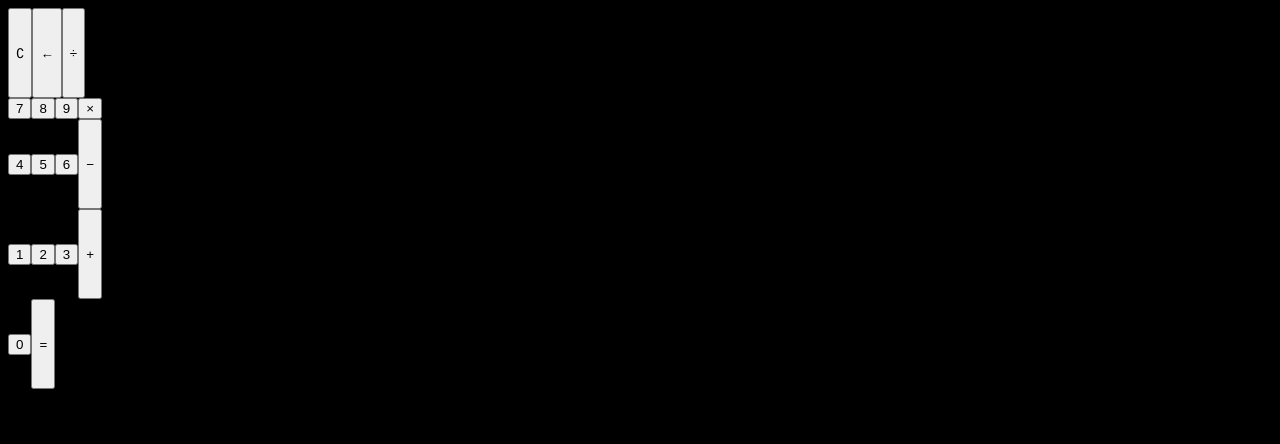
Repository: jontslater/LAB-calculator2
Page: index.html
The author's editor kept a copy of each file at every save. The page is drawn from the files as they stood at one save, then again after the next save.
The browser window is 1280 px wide. The pictures show the whole page.

Above is the page before, as saved 2023-10-12 15:34:42.

After the next save:
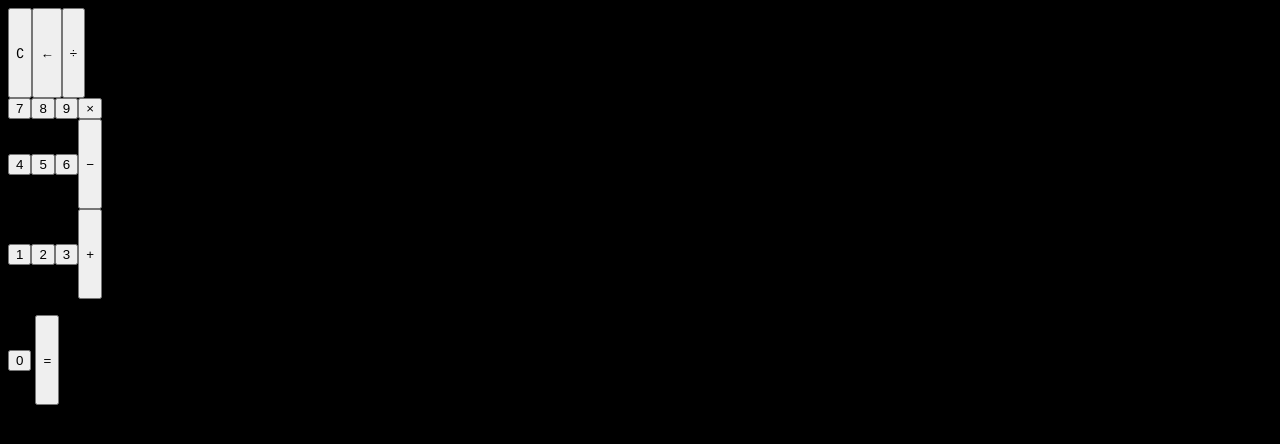
Saved 35 s later.
--- a/index.html
+++ b/index.html
@@ -39,10 +39,10 @@
   </table>
 
 
-  <table>
+  <p>
     <button class="bottonss">0</button>
     <button class="orange">&#61;</button>
-  </table>
+  </p>
 
   </div>
 

After the save that followed:
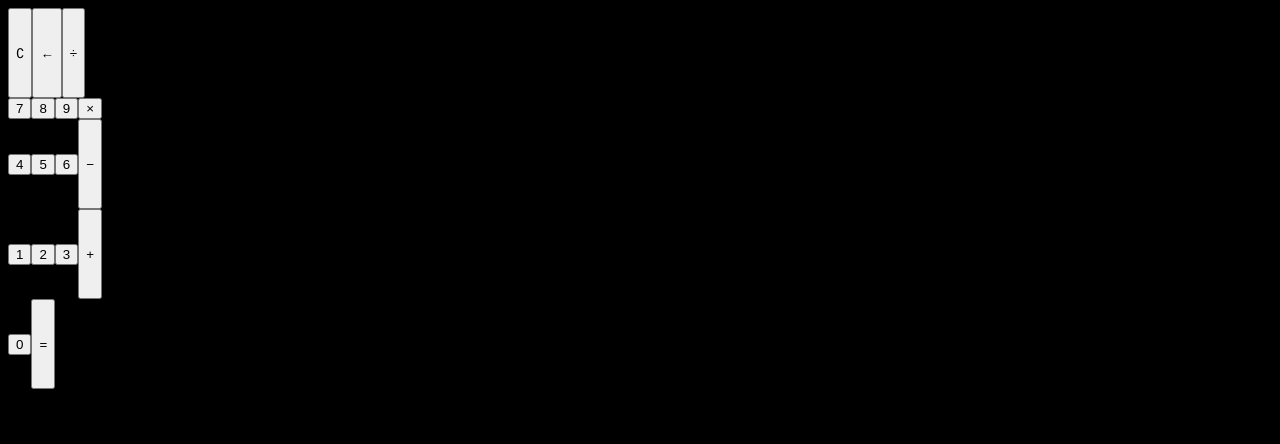
Saved 35 s later.
--- a/index.html
+++ b/index.html
@@ -39,10 +39,10 @@
   </table>
 
 
-  <p>
+  <table>
     <button class="bottonss">0</button>
     <button class="orange">&#61;</button>
-  </p>
+  </table>
 
   </div>
 
